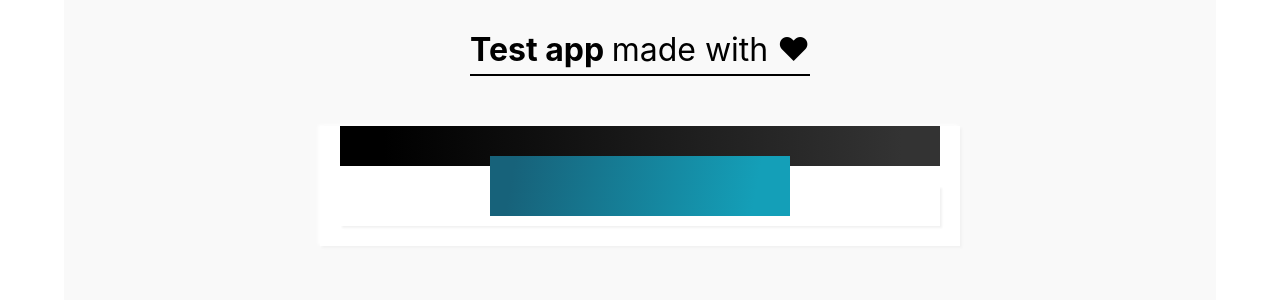
Repository: Khattak01/test-app
Page: /
An editor plug-in stored every save of this project. The page is shown before and after the next save, followed by the edit.
The browser window is 1280 px wide. The pictures show the whole page.
The project was rebuilt for these pictures with package versions that can differ from the ones it lists, and the page was loaded fresh each time.

Above is the page before, as saved 2021-05-12 08:03:46.

After the next save:
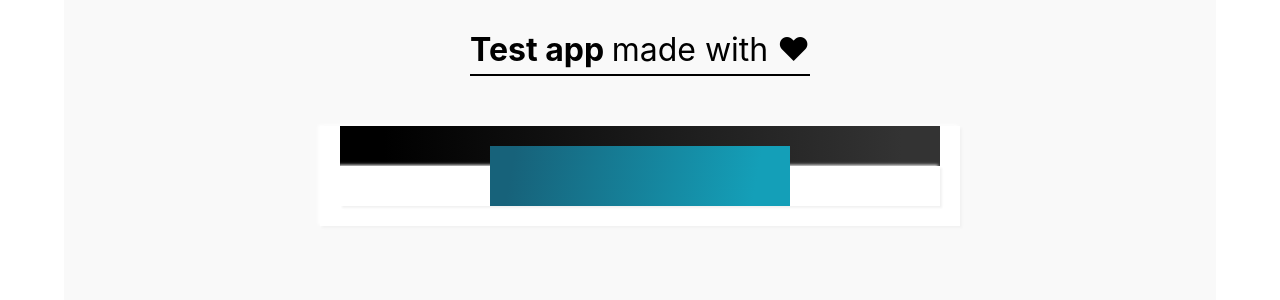
Saved 18 s later.
--- a/src/components/banner/Banner.module.css
+++ b/src/components/banner/Banner.module.css
@@ -4,10 +4,6 @@
   min-width: 50vh;
   /* border: 1px solid black; */
   margin: auto auto;
-
-  display: flex;
-  flex-direction: column;
-  gap: 20px;
   padding: 20px;
   padding-top: 0;
   position: relative;
